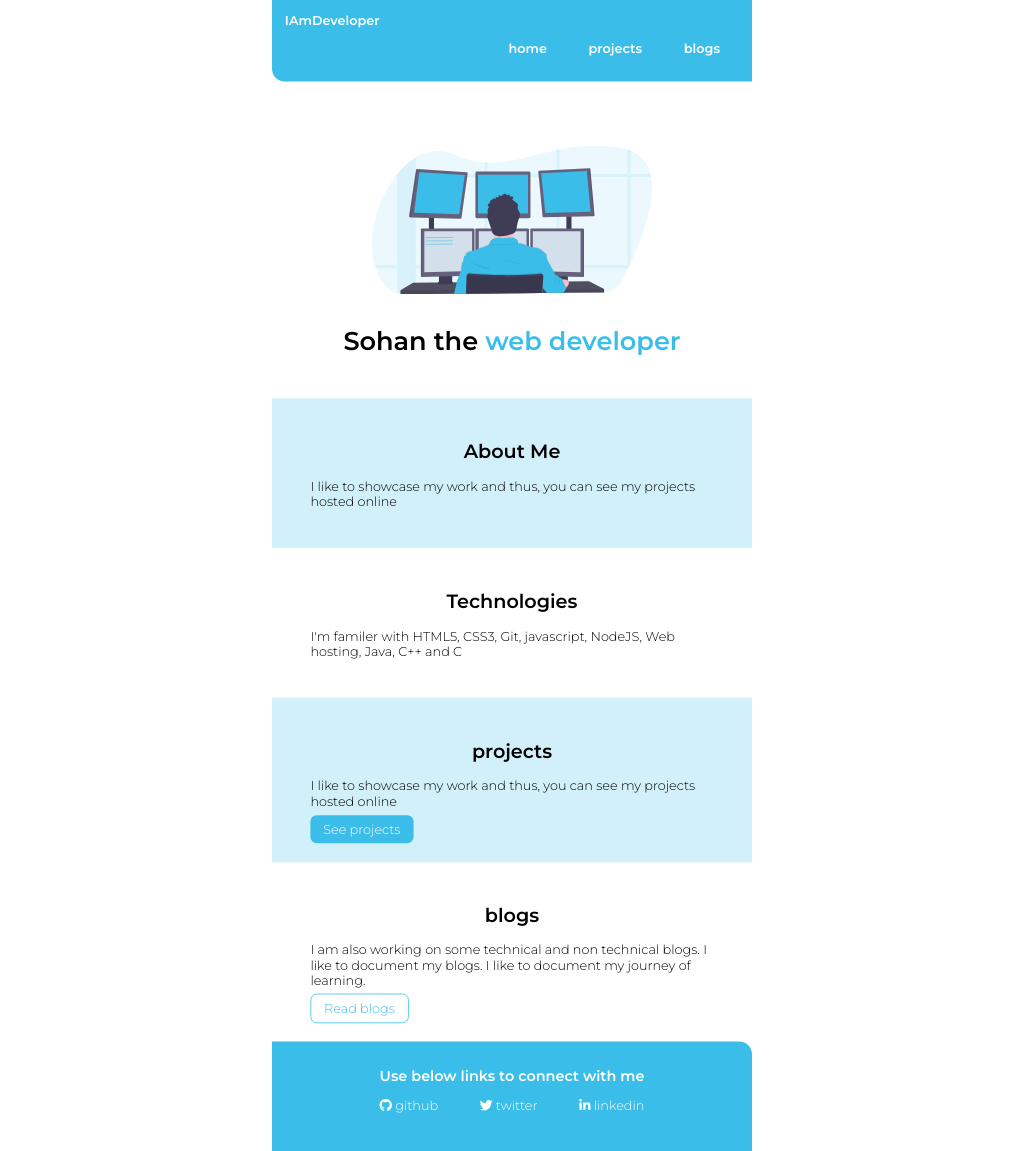
Repository: sohan2503001/Portfolio
Page: index.html
An editor plug-in stored every save of this project. The page is shown before and after the next save, followed by the edit.
The browser window is 1280 px wide. The pictures show the whole page, at 80% of full size.

Above is the page before, as saved 2021-04-06 20:19:34.

### index.html
<!DOCTYPE html>
<html lang="en">

<head>
  <meta charset="UTF-8" />
  <meta name="viewport" content="width=device-width, initial-scale=1.0" />
  <title>home | Sohan Jambhule</title>
  <link rel="stylesheet" href="style.css" />
  <link rel="stylesheet" href="https://cdnjs.cloudflare.com/ajax/libs/font-awesome/5.15.1/css/all.min.css">
  <link rel="icon" href="images/favicon.svg" sizes="any" type="image/svg+xml">

</head>

<body>

  <nav class="navigation container">
    <div class="nav-brand">IAmDeveloper</div>
    <ul class="list-non-bullet nav-pills">
      <li class="list-item-inline">
        <a class="link link-active" href="/">home</a>
      </li>
      <li class="list-item-inline">
        <a class="link link-active" href="projects.html">projects</a>
      </li>
      <li class="list-item-inline">
        <a class="link link-active" href="blogs.html">blogs</a>
      </li>
    </ul>
  </nav>

  <header class="hero">
    <img class="hero-img" src="images/hero.svg" alt="" />
    <h1 class="hero-heading">
      Sohan the <span class="heading-inverted"> web developer</span>
    </h1>
  </header>

  <section class="section ow">
    <div class="container container-center">
      <h1>About Me</h1>
      <p>
        I like to showcase my work and thus, you can see my projects hosted
        online
      </p>
    </div>
  </section>

  <section class="section">
    <div class="container container-center">
      <h1>Technologies</h1>
      <p>
        I'm familer with HTML5, CSS3, Git, javascript, NodeJS, Web hosting,
        Java, C++ and C
      </p>
    </div>
  </section>

  <section class="section ow">
    <div class="container container-center">
      <h1>projects</h1>
      <p>
        I like to showcase my work and thus, you can see my projects hosted
        online
      </p>
      <a class="link link-primary" href="projects.html">See projects</a>
    </div>
  </section>

  <section class="section ">
    <div class="container container-center">
      <h1>blogs</h1>
      <p>
        I am also working on some technical and non technical blogs. I like to
        document my blogs. I like to document my journey of learning.
      </p>
      <a class="link link-secondary" href="blogs.html">Read blogs</a>
    </div>
  </section>

  <footer class="footer">
    <div class="footer-header">Use below links to connect with me</div>
    <ul class="social-links list-non-bullet">
      <li class="list-item-inline">
        <a class="link" href="https://github.com/sohan2503001" target="_blank"><i class="fab fa-github" aria-hidden="true"></i>
          github
        </a>
      </li>
      <li class="list-item-inline">
        <a class="link" href="https://twitter.com/JambhuleSohan" target="_blank"><i class="fab fa-twitter"></i>
          twitter
        </a>
      </li>
      <li class="list-item-inline">
        <a class="link" href="https://www.linkedin.com/in/sohan-jambhule-144528198/" target="_blank"><i class="fab fa-linkedin-in"></i>
          linkedin
        </a>
      </li>

    </ul>
  </footer>

</body>

</html>

### style.css
@import url('https://fonts.googleapis.com/css2?family=Montserrat:wght@300;600&display=swap');

:root{
    --primary-color: #3BBDEA;
    --dark-gray: #4B5563;
    --off-white: #d1f0fa;
}

body {
    font-family: 'Montserrat', sans-serif;
    margin: auto;
    max-width: 600px;
    width: 100%;
}

hr{
    margin: 2rem 0rem;
}

/** container **/
.container{
    padding: 0rem 1rem;
}

.container-center{
    max-width: 600px;
    margin: auto;
}

/** links **/
.link{
    text-decoration: none;
    padding: 0.5rem 1rem;
    /*margin: 1rem 0rem 1rem 0rem;*/
}

.link-primary{
    background-color: var(--primary-color);
    border-radius: 0.5rem;
    color:white;
}

.link-secondary{
    color: var(--primary-color);
    border-radius: 0.5rem;
    border: 1px solid var(--primary-color);
}

/** lists **/

.list-non-bullet{
    list-style: none;
}

.list-item-inline{
    display: inline;
    padding: 0rem 0.5rem;
}

/** navigation **/

.navigation{
    background-color: var(--primary-color);
    color: white;
    padding: 1rem;
    border-bottom-left-radius: 1rem;
}

.navigation .nav-brand{
    font-weight: bold;
}

.navigation .nav-pills{
    text-align: right;
}

.navigation .link{
    color: white;
}

.navigation .link-active{
    font-weight: bold;
}

/**header **/

.hero{
    padding: 2rem;
    padding-top: 5rem;
}

.hero .hero-img{
    max-width: 350px;
    display: block;
    margin: auto;
}

.hero .hero-heading{
    padding-top: 1rem;
    color: var(--dark-red);
    text-align: center;
}

.hero .hero-heading .heading-inverted{
    color: var(--primary-color)
}

/** section **/
.section{
    padding: 2rem;
}

.section h1{
    text-align: center;
}

.ow {
    background-color: var(--off-white);
}

/**footer **/

.footer{
    background-color: var(--primary-color);
    padding: 2rem 1rem;
    text-align: center;
    color: white;
    border-top-right-radius: 1rem;
    position: relative;
}

.footer .link{
    color: white;
}

.footer .footer-header{
    font-weight: bold;
    font-size: large;
}

.footer ul{
    padding-inline-start: 0px;
}

After the next save:
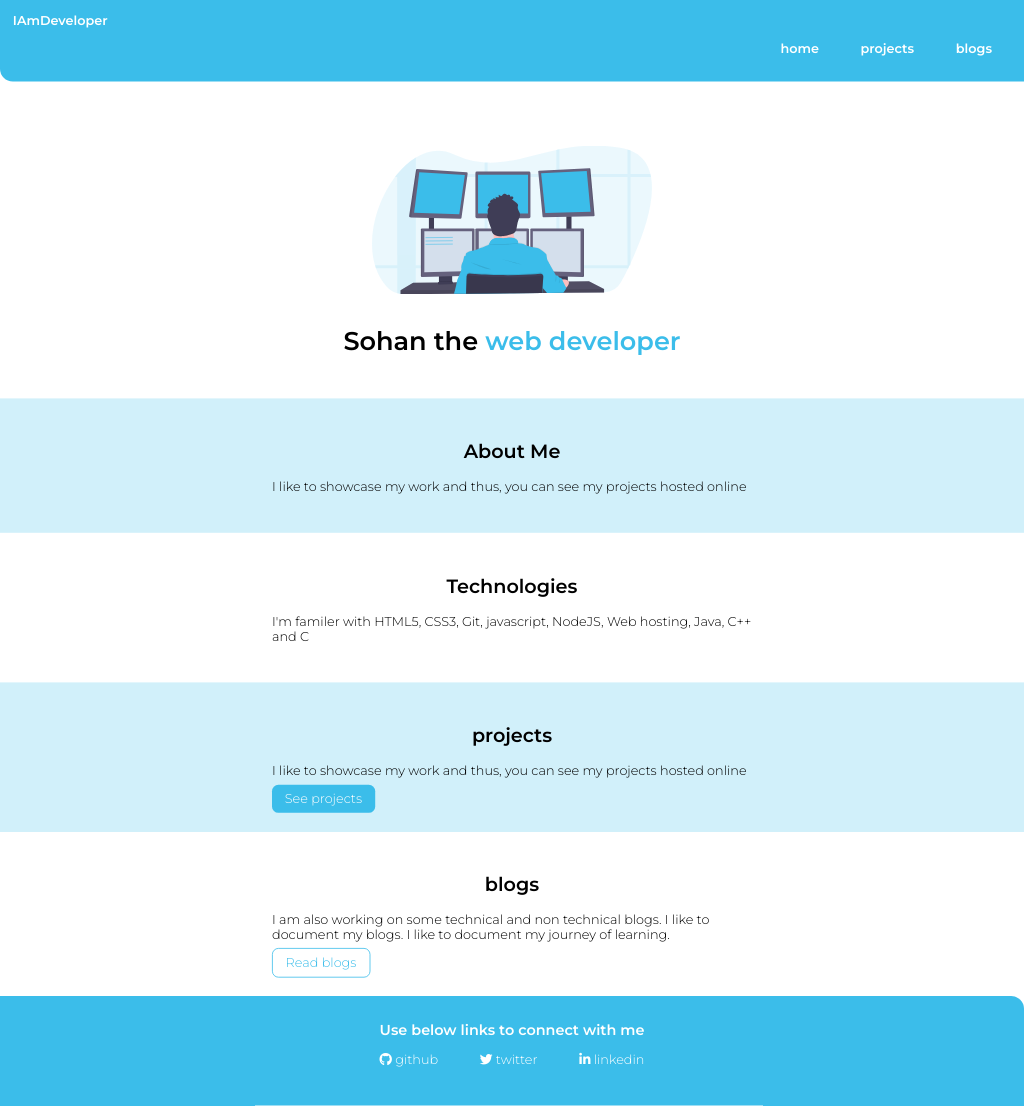
Saved 92 min 33 s later.
--- a/style.css
+++ b/style.css
@@ -9,7 +9,7 @@
 body {
     font-family: 'Montserrat', sans-serif;
     margin: auto;
-    max-width: 600px;
+    //max-width: 600px;
     width: 100%;
 }
 
